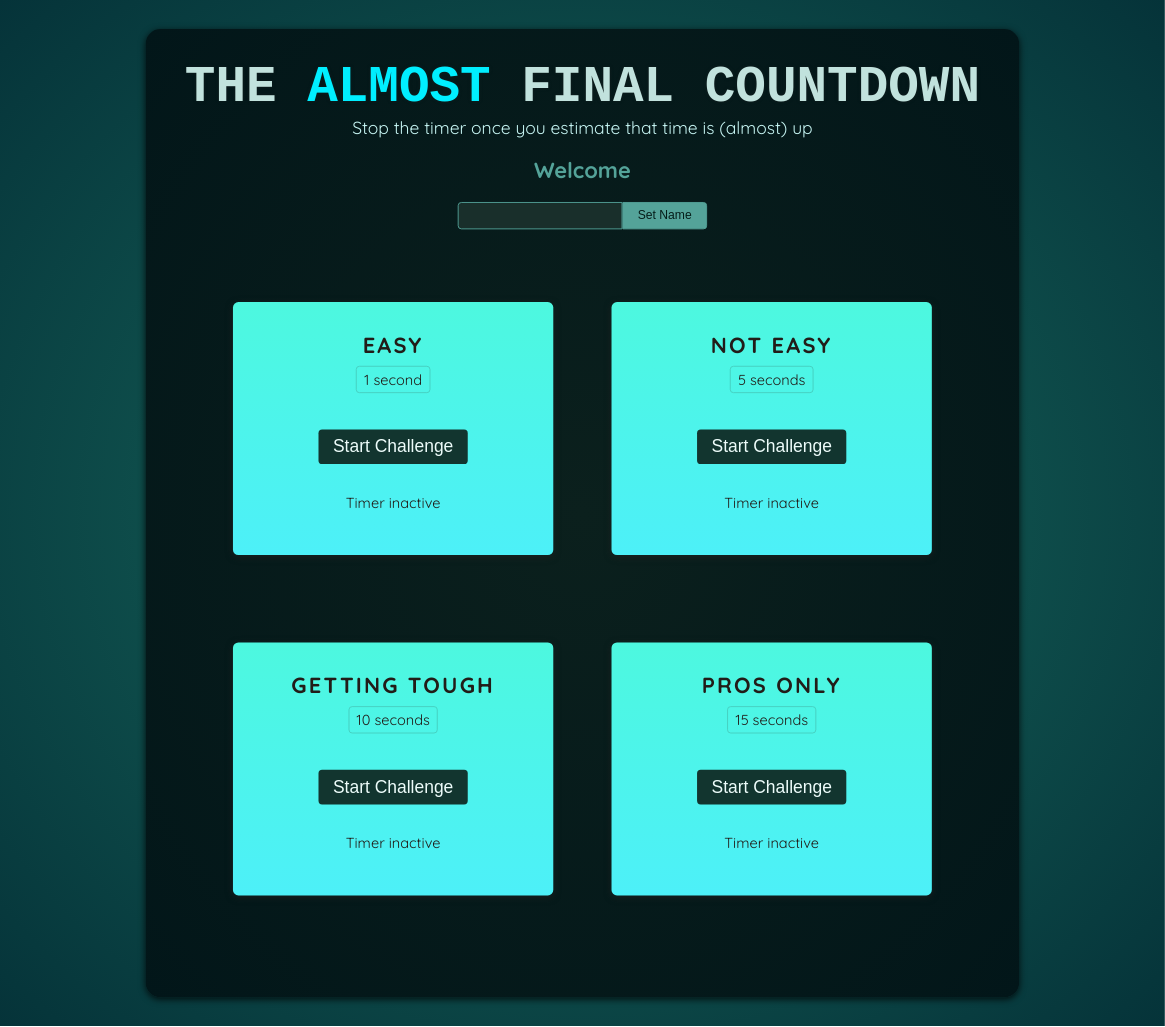
Repository: H-ala/react-near-end
Page: /
The author's editor kept a copy of each file at every save. The page is drawn from the files as they stood at one save, then again after the next save.
The browser window is 1280 px wide. The pictures show the whole page, at 91% of full size.
Some web fonts or font styles are not loaded; a fallback is used. The project was rebuilt for these pictures with package versions that can differ from the ones it lists, and the page was loaded fresh each time. Also part of the build but not shown: vite.config.js.

Above is the page before, as saved 2025-09-26 16:33:47.

After the next save:
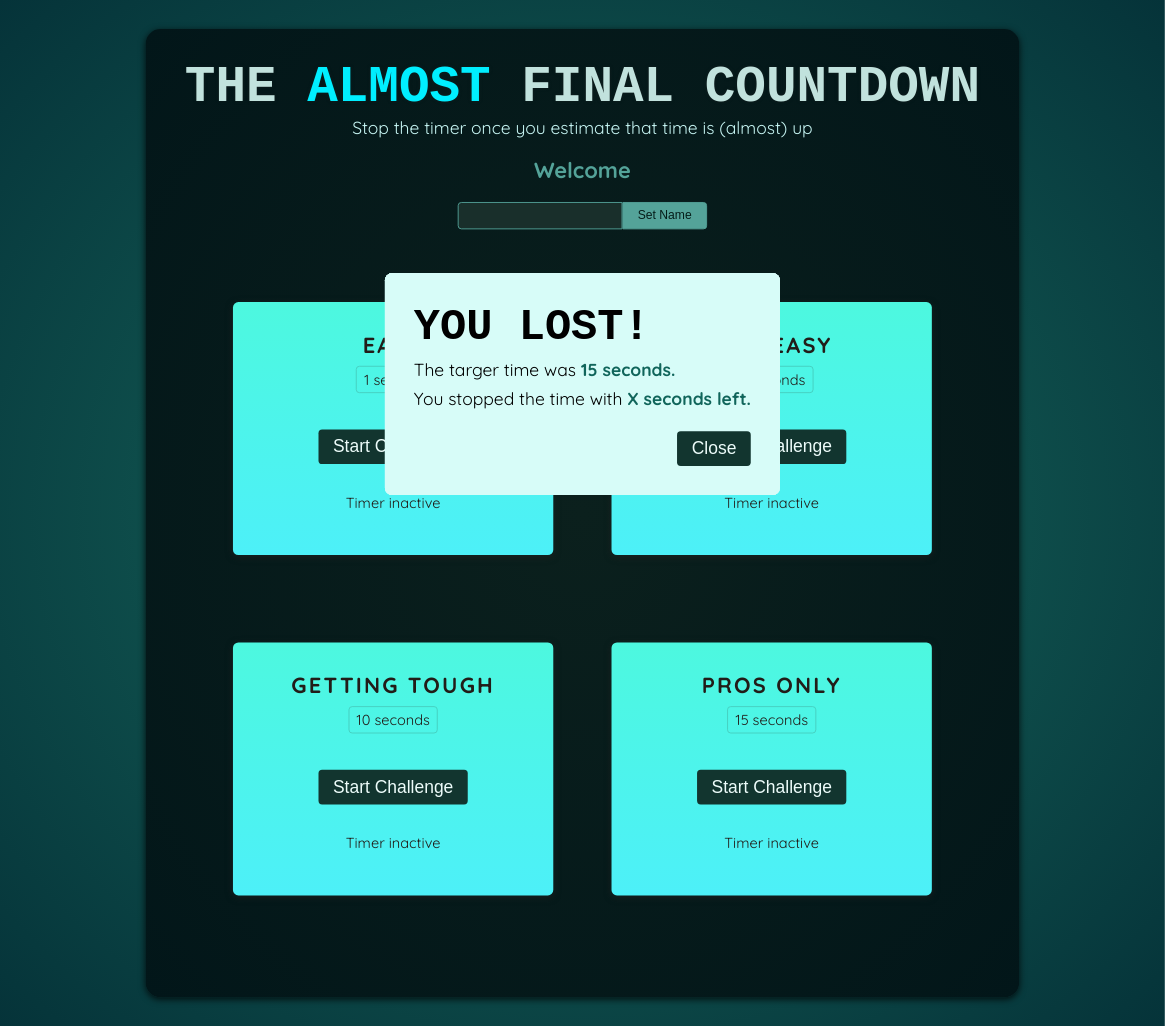
Saved 31 min 13 s later.
--- a/src/components/TimerChallenge.jsx
+++ b/src/components/TimerChallenge.jsx
@@ -20,7 +20,7 @@
 
   return (
     <>
-      {timerExpired && <ResultModal targetTime={targetTime} result="Lost" />}
+      <ResultModal targetTime={targetTime} result="Lost" />
       <section className="challenge">
         <h2>{title}</h2>
         <p className="challenge-time">

After the 2 saves that followed:
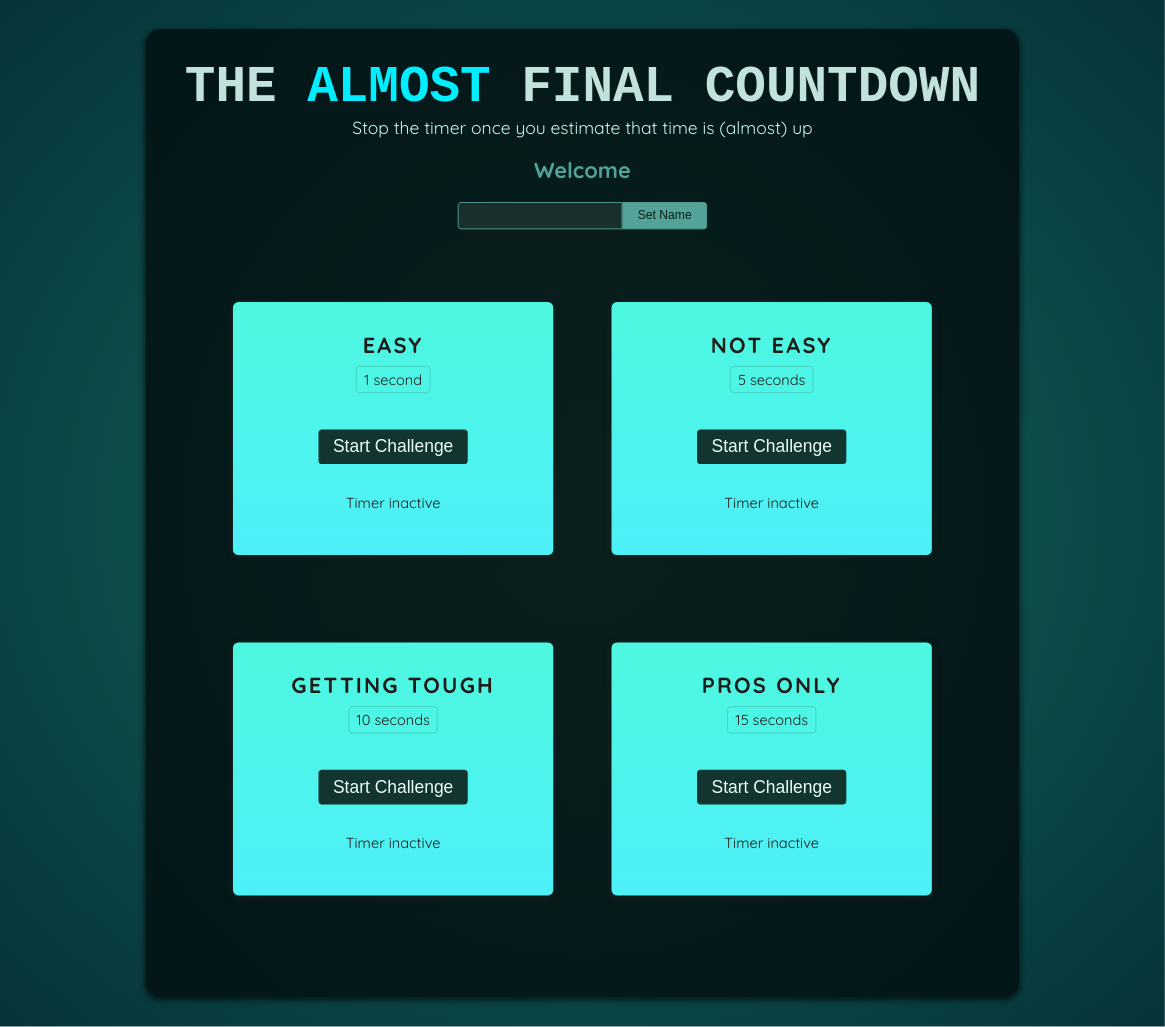
The 2 saves are shown as one change because 1 left the picture as it was.
The last was saved 62 s later.
--- a/src/components/TimerChallenge.jsx
+++ b/src/components/TimerChallenge.jsx
@@ -1,10 +1,12 @@
 import { useState, useRef } from "react";
 import ResultModal from "./ResultModal";
+
 
 export default function TimerChallenge({ title, targetTime }) {
   const [timerStarted, setTimerStarted] = useState(false);
   const [timerExpired, setTimerExpired] = useState(false);
   const timer = useRef();
+  const modal = useRef();
 
   function handleStart() {
     timer.current = setTimeout(() => {
@@ -20,7 +22,7 @@
 
   return (
     <>
-      <ResultModal targetTime={targetTime} result="Lost" />
+      <ResultModal ref={modal} targetTime={targetTime} result="Lost" />
       <section className="challenge">
         <h2>{title}</h2>
         <p className="challenge-time">
--- a/src/components/ResultModal.jsx
+++ b/src/components/ResultModal.jsx
@@ -1,6 +1,6 @@
-export default function ResultModal({ result, targetTime }) {
+export default function ResultModal({ ref, result, targetTime }) {
   return (
-      <dialog className="result-modal" open>
+      <dialog ref={ref} className="result-modal">
         <h2>You {result}!</h2>
       <p>
         The targer time was <strong>{targetTime} seconds. </strong>
